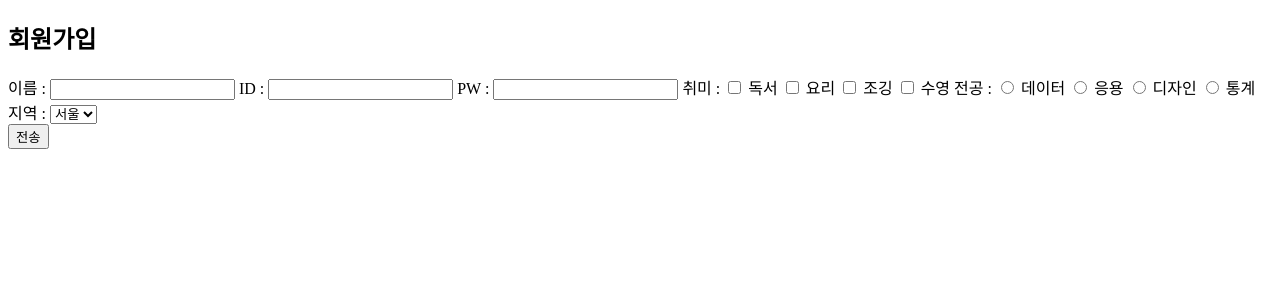
Repository: xxihyun0830/JSP
Page: http://localhost/Day3_getpost/join.jsp
These files come from the project's save history. The page is drawn as it stood at one moment and after the next save; the edit follows.
The browser window is 1280 px wide. The pictures show the whole page.
The page is served by Tomcat 9. Other server files are loaded and not shown.

Above is the page before, as saved 2019-07-11 04:48:43.

### Day3_getpost/WebContent/join.jsp
<%@ page language="java" contentType="text/html; charset=utf-8"
    pageEncoding="utf-8"%>
<!DOCTYPE html>
<html>
<head>
<meta charset="utf-8">
<title>가입창_내가 하는 실습</title>
</head>
<body>
<h2>회원가입</h2>
<tr>
<form action = "Join" method = "get">
이름 : <input type = "text" name = "name" >
ID : <input type = "text" name = "id">
PW : <input type = "password" name = "pw">
취미 : <input type = "checkbox" name = "hobby" value = "reading"> 독서
      <input type = "checkbox" name = "hobby" value = "cooking"> 요리
      <input type = "checkbox" name = "hobby" value = "jogging"> 조깅
      <input type = "checkbox" name = "hobby" value = "swimming"> 수영
전공 : <input type = "radio" name = "major" value = "DataTech"> 데이터
      <input type = "radio" name = "major" value = "응용"> 응용
      <input type = "radio" name = "major" value = "design"> 디자인
      <input type = "radio" name = "major" value="statics"> 통계
지역 : <select name = "region">
      <option value = "Seoul"> 서울
      <option value = "Deagu"> 대구
      <option value = "Gwangju"> 광주
      <option value = "Busan"> 부산
</select>
</form>

<input type = "submit" value = "전송">

</body>
</html>

After the next save:
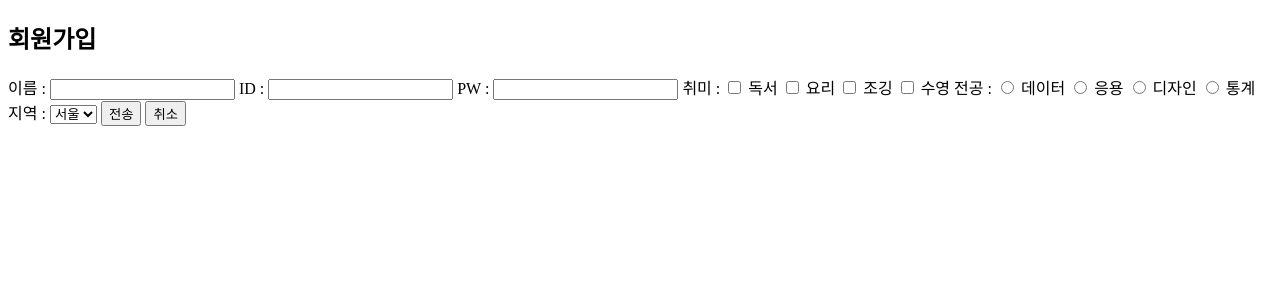
Saved 37 s later.
--- a/Day3_getpost/WebContent/join.jsp
+++ b/Day3_getpost/WebContent/join.jsp
@@ -27,9 +27,12 @@ PW : <input type = "password" name = "pw">
       <option value = "Gwangju"> 광주
       <option value = "Busan"> 부산
 </select>
+
+<input type = "submit" value = "전송">
+<input type = "submit" value = "취소">
 </form>
 
-<input type = "submit" value = "전송">
+
 
 </body>
 </html>
